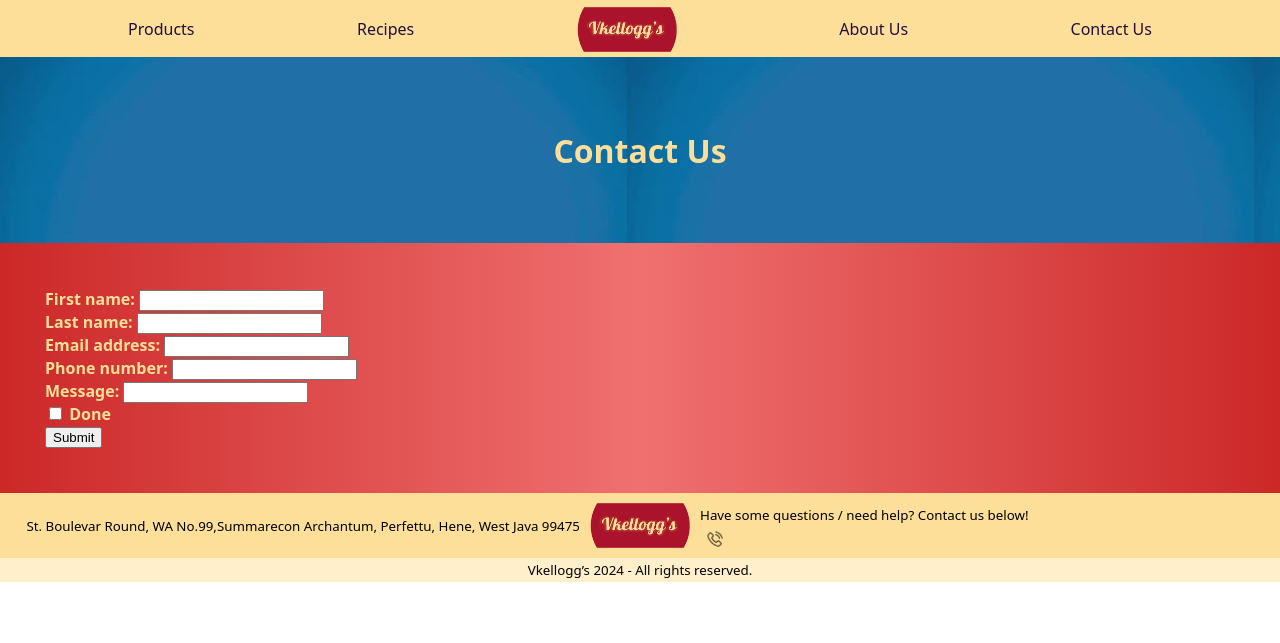
Repository: sugralld/VKelloggs
Page: Code and Assets/html/contactus.html
An editor plug-in stored every save of this project. The page is shown before and after the next save, followed by the edit.
The browser window is 1280 px wide. The pictures show the whole page.

Above is the page before, as saved 2024-12-03 20:34:57.

### Code and Assets/html/contactus.html
<!DOCTYPE html>
<html lang="en">
<head>
    <meta charset="UTF-8">
    <meta name="viewport" content="width=device-width, initial-scale=1.0">
    <title>Contact Us | Vkellogg's</title>
    <link rel="stylesheet" href="../css/headerfooternavbar.css">
    <link rel="stylesheet" href="../css/contactus.css">
</head>
<body>
    <!-- header navigation -->
    <header>
        <nav>
            <div class="navbar-menu">
                <div><a class="navbar-link1" href="../html/products.html">Products</a></div>
                <div><a class="navbar-link2" href="../html/recipes.html">Recipes</a></div>
                <div class="navbar-link3"><a href="../html/homepage.html"><img src="../asset/Screenshot 2024-05-30 105858.png" width="100" height="45" alt=""></a></div>
                <div><a class="navbar-link4" href="../html/aboutus.html">About Us</a></div>
                <div><a class="navbar-link5" href="../html/contactus.html">Contact Us</a></div>
            </div>
        </nav>
    </header>

    <!-- Header Contact Us -->
    <div class="header">
        <h1>Contact Us</h1>
    </div>

    <!-- Form Contact Us -->
     <div class="form">
        <form action="" method = "post">

            <label for="firstname">First name: </label>
            <input type="text" name="firstname" id="firstname">
            <br>

            <label for="lastname">Last name: </label>
            <input type="text" name="lastname" id="lastname">
            <br>

            <label for="email">Email address: </label>
            <input type="text" name="email" id="email">
            <br>

            <label for="phonenum">Phone number: </label>
            <input type="text" name="phonenum" id="phonenum">
            <br>

            <label for="message">Message: </label>
            <input type="text" name="message" id="message">
            <br>

            <input type="checkbox" name="agreement" id="agreement">
            <label for="agreement">Done</label>
            <br>

            <button type="button" onclick="validateData()">Submit</button>
        </form>
        <script src="../js/contactus.js"></script>
     </div>

     <!-- Footer -->
    <footer class="footer">
        <div class="upperfooter">
            <div class="footert1"><p>St. Boulevar Round, WA No.99,Summarecon Archantum, Perfettu, Hene, West Java 99475</p></div>
            <div class="footert2"><img src="../asset/Screenshot 2024-05-30 105858.png" width="100" height="45" alt=""></div>
            <div class="footert3">
                <p class="footert4">Have some questions / need help? Contact us below!</p>
                <a href="../html/contactus.html"><img src="../asset/image-removebg-preview (27).png" width="30" height="auto" alt=""></a>
            </div>
        </div>
        <div class="lowerfooter">
            <p class="textlowerfooter">Vkellogg’s 2024  -  All rights reserved.
            </p>
        </div>
     </footer>

</body>
</html>

### Code and Assets/css/headerfooternavbar.css
body {
    margin: 0;
    font-family: system-ui;
}

.navbar-menu{
    display: flex;
    justify-content: space-between;
    align-items: center;
    padding: 0px 10%;
    background-color: #FEDF99;
}

a:hover{
    background-color: #F5F5F5;
    border-radius: 30px;
    color: #CC2828;
}

.navbar-link1,.navbar-link2,.navbar-link4,.navbar-link5{
    font-family: system-ui;
    font-weight: 500;
    text-decoration: none;
    color: #230D3B;
}

.navbar-link3{
    display: block;
    margin-top: 0.7%;
    margin-bottom: 0px;
}

.footer{
    position: bot;
}

.upperfooter{
    display: flex;
    background-color: #FEDF99;
    justify-content: center;
    align-items: center;
}

.footert1,.footert3{
    padding: 0px 10px;
    display: block;
    width: 1200px;
    font-size: smaller;
}

.footert1{
    text-align: right;
}

.footert3{
    text-align: left;
}

.footert2{
    margin-top: 4px;
}

.lowerfooter{
    background-color: #FFEFCB;
    padding: 0;
    margin: 0px;
}

.textlowerfooter{
    margin: 0;
    padding: 3px;
    font-size: smaller;
    text-align: center;
}

.footert4{
    margin-bottom: 0;
}

### Code and Assets/css/contactus.css
.header{
    background-image: url(../asset/copydesktop-wallpaper-kellogg-s-frosted-flakes-breakfast-cereal-original-33-5-oz-box.jpg);
    display: block;
    padding: 50px;
    text-align: center;
    color: #FEDF99;
}

.form{
    background: linear-gradient(0.25turn,#CC2828,#F07070,#CC2828);
    padding: 45px;
    font-weight: bold;
    color: #FEDF99;
}

### Code and Assets/js/contactus.js
function wordLen(str) {
    const value = str.trim().split(/\s+/);
    return value.length;
}

function checkAlphaNum(password){
    var isAlpha = false;
    var isNum = false;
    for(let i=0; i<password.length; i++){
        if(isNaN(password[i])){
            isAlpha = true;
        }
        else{
            isNum = true;
        }

        if(isAlpha || isNum){
            return true;
        }
    }
    return false;
}


function validateData(){
    var firstname = document.getElementById("firstname");
    var lastname = document.getElementById("lastname");
    var email = document.getElementById("email");
    var phonenum = document.getElementById("phonenum");
    var message = document.getElementById("message");
    var agreement = document.getElementById("agreement");

    if(!checkAlphaNum(firstname.value)){
        alert("First name must be alphabet!");
    }
    else if(!checkAlphaNum(lastname.value)){
        alert("Last name must be alphabet!");
    }
    else if(!email.value.endsWith("@gmail.com")){
        alert("Email must end with '@gmail.com'!");
    }
    else if(!checkAlphaNum(phonenum.value)){
        alert("Phone number must be numeric!");
    }
    else if(wordLen(message.value)<5){
        alert("Message must be at least 5 words!");
    }
    else if(!agreement.checked){
        alert("'Done' checkbox must be checked!");
    }
    else{
        alert("Message Submitted.");
    }

}

After the next save:
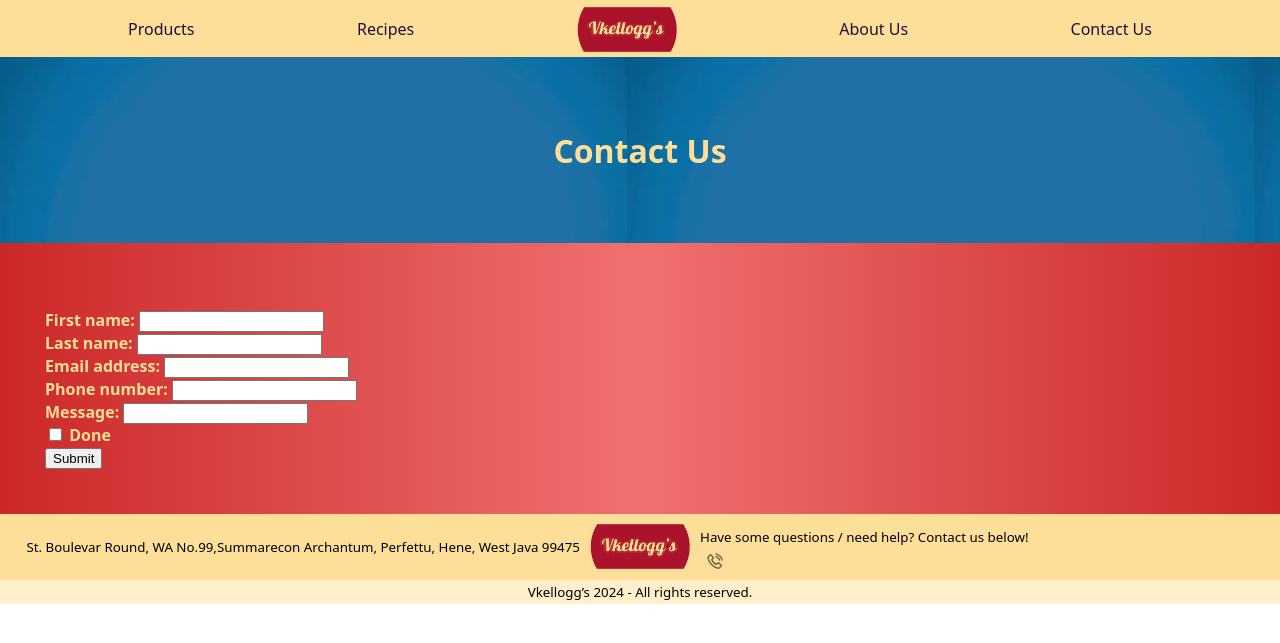
Saved 4 s later.
--- a/Code and Assets/html/contactus.html
+++ b/Code and Assets/html/contactus.html
@@ -29,7 +29,7 @@
     <!-- Form Contact Us -->
      <div class="form">
         <form action="" method = "post">
-
+            <h4></h4>
             <label for="firstname">First name: </label>
             <input type="text" name="firstname" id="firstname">
             <br>
